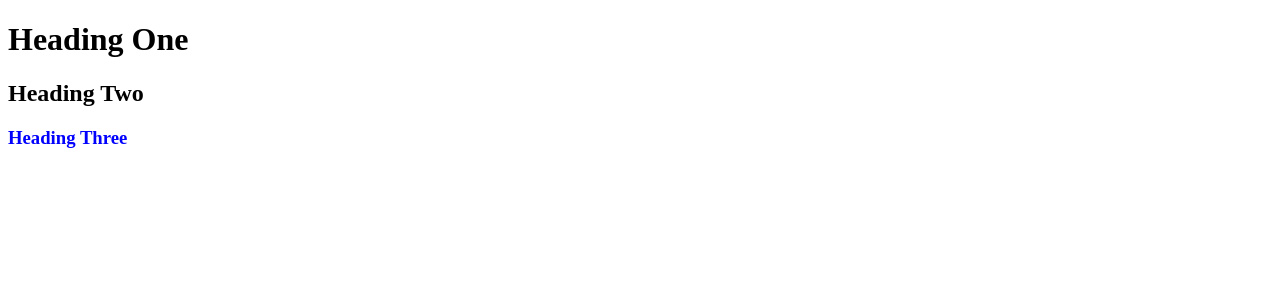
Repository: andiausrust/css-traversy
Page: css-basics/01_basic.html
An editor plug-in stored every save of this project. The page is shown before and after the next save, followed by the edit.
The browser window is 1280 px wide. The pictures show the whole page.

Above is the page before, as saved 2020-08-18 20:34:51.

After the next save:
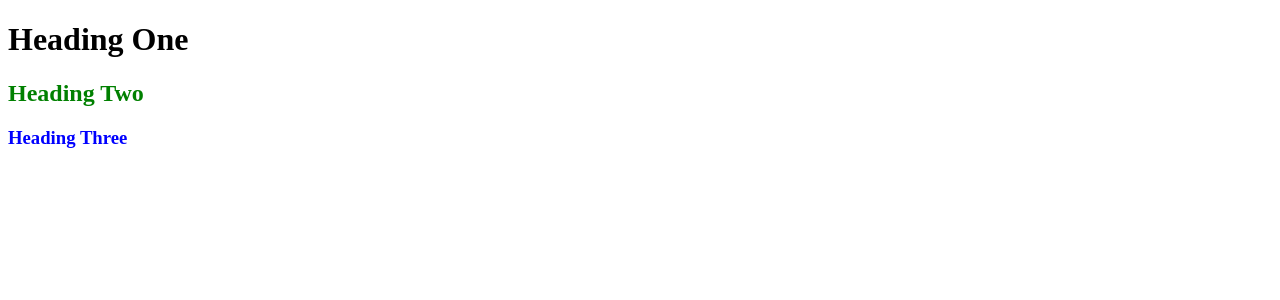
Saved 85 s later.
--- a/css-basics/01_basic.html
+++ b/css-basics/01_basic.html
@@ -5,6 +5,11 @@
         <meta name="viewport" content="width=device-width, initial-scale=1.0" />
         <link rel="stylesheet" href="./css/style.css" />
         <title>Implementing CSS</title>
+        <style>
+            h2 {
+                color: green;
+            }
+        </style>
     </head>
     <body>
         <h1>Heading One</h1>
